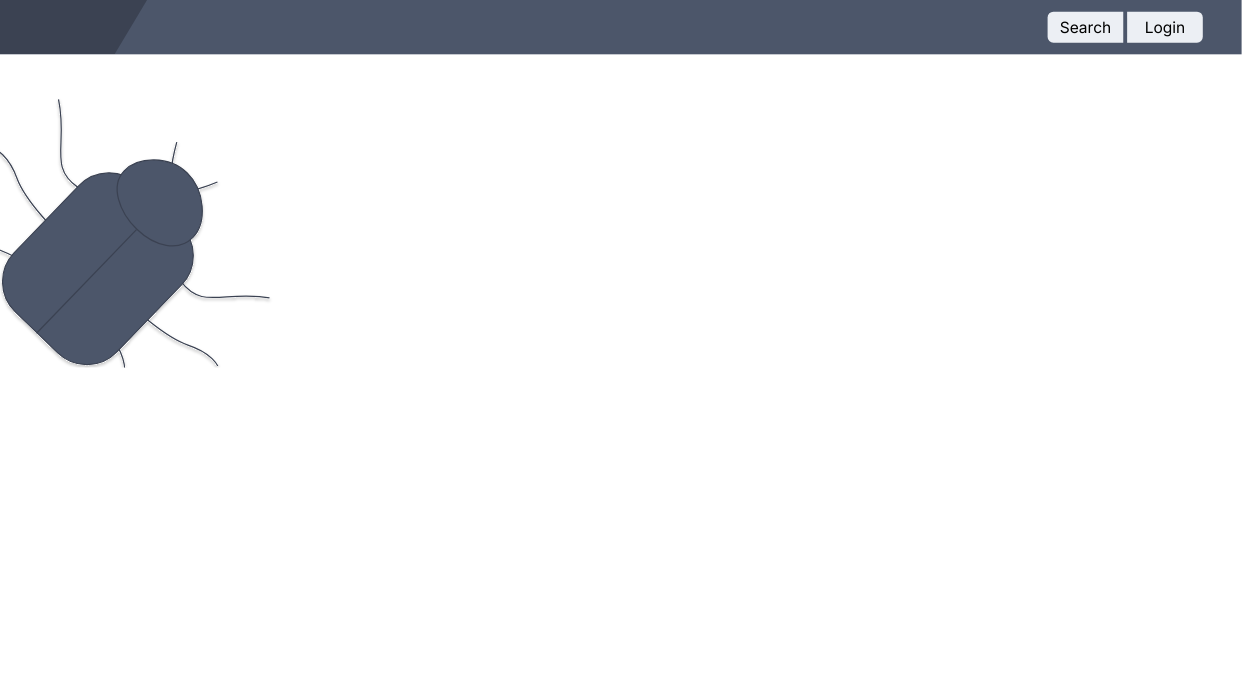
Repository: Qu4ntumGuy/project-bug
Page: /
These files come from the project's save history. The page is drawn as it stood at one moment and after the next save; the edit follows.
The browser window is 1280 px wide. The pictures show the whole page, at 97% of full size.
The project was rebuilt for these pictures with package versions that can differ from the ones it lists, and the page was loaded fresh each time. The framework's server and built-in components were replaced by stand-ins that run in the browser. Also part of the build but not shown: next.config.mjs.

Above is the page before, as saved 2024-02-11 22:41:26.

### src/app/layout.js
import { Inter } from "next/font/google";
import "./globals.css";

const inter = Inter({ subsets: ["latin"] });

export default function RootLayout({ children }) {
  return (
    <html lang="en">
      <head>
        <title>Project-bug</title>
        <meta name="description" content="Description goes here." />
        <link rel="preconnect" href="https://fonts.googleapis.com" />
        <link rel="preconnect" href="https://fonts.gstatic.com" crossorigin />
        <link
          href="https://fonts.googleapis.com/css2?family=Fira+Code:wght@300;400;500;600&display=swap"
          rel="stylesheet"
        />
      </head>
      <body className={inter.className}>{children}</body>
    </html>
  );
}

### src/app/page.js
import Navbar from "@/components/Navbar";
import Image from "next/image";
import bug from "../../public/Bug.svg";
import bgdesign from "../../public/bgDesign.svg";

export default function Home() {
  return (
    <div className=" h-screen">
      <Navbar />
      <div className="flex">
        <div className=" overflow-hidden w-[100%] h-full md:w-[25%]">
          <Image src={bug} alt="bug" />
        </div>
        <div></div>
      </div>
    </div>
  );
}

### src/app/globals.css
@tailwind base;
@tailwind components;
@tailwind utilities;

/* :root {
  --foreground-rgb: 0, 0, 0;
  --background-start-rgb: 214, 219, 220;
  --background-end-rgb: 255, 255, 255;
} */

/* @media (prefers-color-scheme: dark) {
  :root {
    --foreground-rgb: 255, 255, 255;
    --background-start-rgb: 0, 0, 0;
    --background-end-rgb: 0, 0, 0;
  }
} */

body {
  color: rgb(var(--foreground-rgb));
  background: rgba(255, 255, 255, 1);
  font-family: 'Fira Code', monospace;
}

@font-face {
  font-family: "Fira Code";
  src: url("../../public/font/FiraCode-VariableFont_wght.ttf")
    format("truetype");
}


/* @layer utilities {
  .text-balance {
    text-wrap: balance;
  }
} */

### src/components/Navbar.js
import Image from "next/image";
import reactangle from "../../public/Rectangle 5.svg";

export default function Navbar() {
  return (
    <nav className="h-14 w-full bg-[#4C566A] flex justify-end">
      <div className=" absolute flex -left-1 -top-1">
        <Image
          src={reactangle}
          alt="reactangle"
          height={60}
          className=" rounded-md"
        />
      </div>
      <div className="flex m-3 w-40 mr-10 justify-between">
        <div className="flex bg-[#ECEFF4] w-full mr-1 rounded-l-md items-center justify-center align-middle">
          <button>Search</button>
        </div>
        <div className="flex bg-[#ECEFF4] w-full rounded-r-md items-center justify-center align-middle">
          <button>Login</button>
        </div>
      </div>
    </nav>
  );
}

Loaded but not shown: tailwind.config.js (common file)

After the next save:
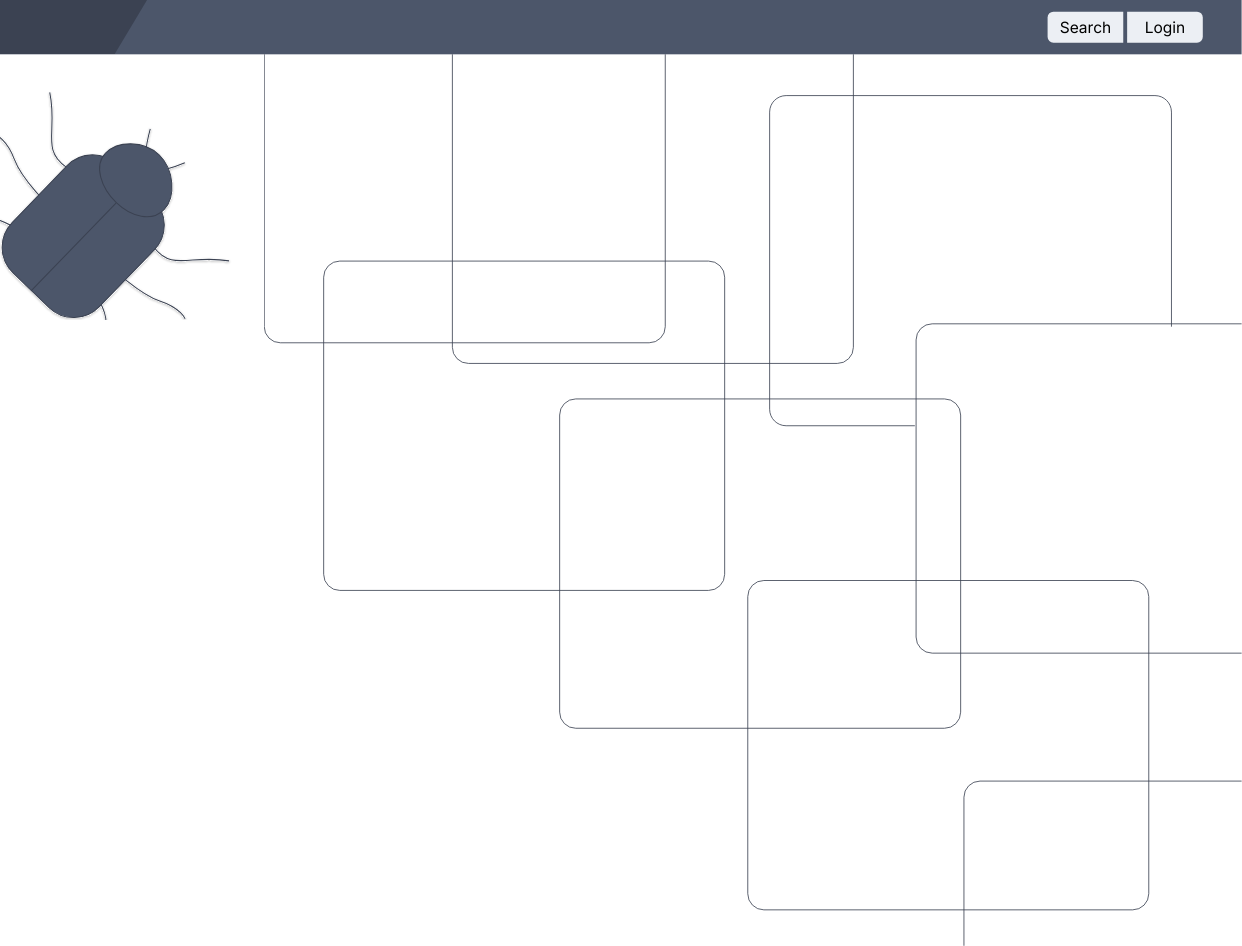
Saved 5 s later.
--- a/src/app/page.js
+++ b/src/app/page.js
@@ -11,7 +11,9 @@
         <div className=" overflow-hidden w-[100%] h-full md:w-[25%]">
           <Image src={bug} alt="bug" />
         </div>
-        <div></div>
+        <div>
+          <Image src={bgdesign} alt="bgdesign" />
+        </div>
       </div>
     </div>
   );

After the 4 saves that followed:
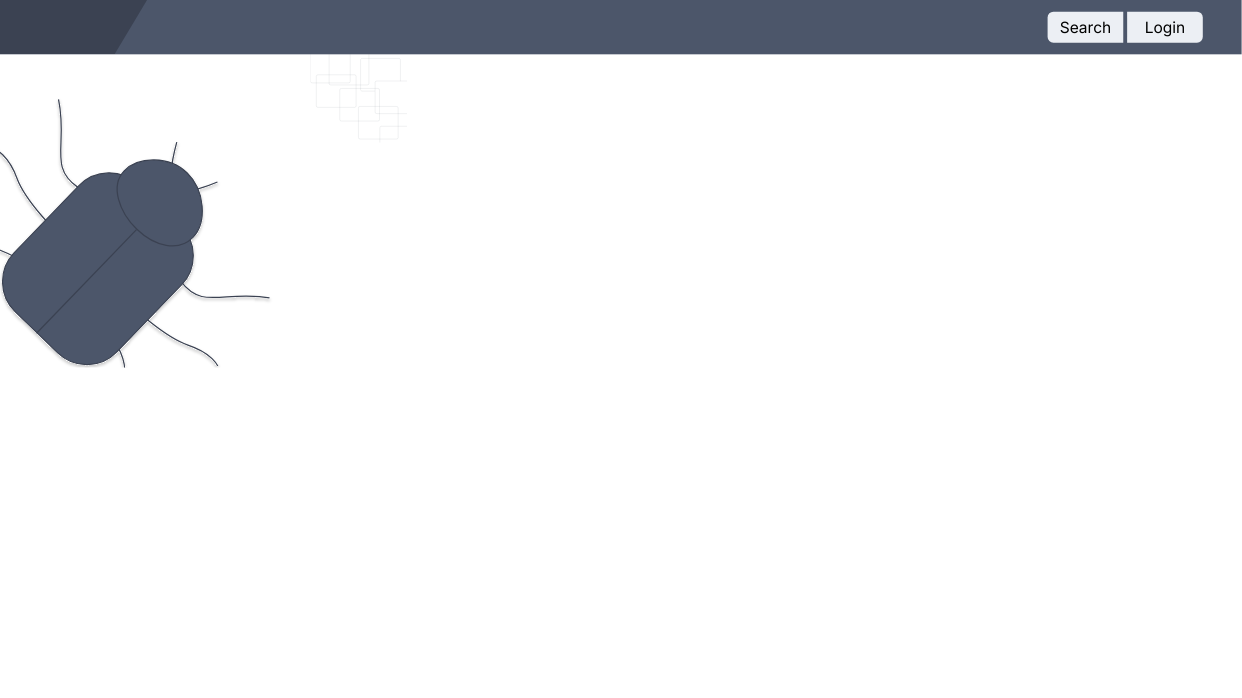
The 4 saves are shown as one change because 3 left the picture as it was.
The last was saved 78 s later.
--- a/src/app/page.js
+++ b/src/app/page.js
@@ -11,8 +11,8 @@
         <div className=" overflow-hidden w-[100%] h-full md:w-[25%]">
           <Image src={bug} alt="bug" />
         </div>
-        <div>
-          <Image src={bgdesign} alt="bgdesign" />
+        <div className=" bg-contain h-96">
+          <Image height={100} width={100} src={bgdesign} alt="bgdesign" />
         </div>
       </div>
     </div>
